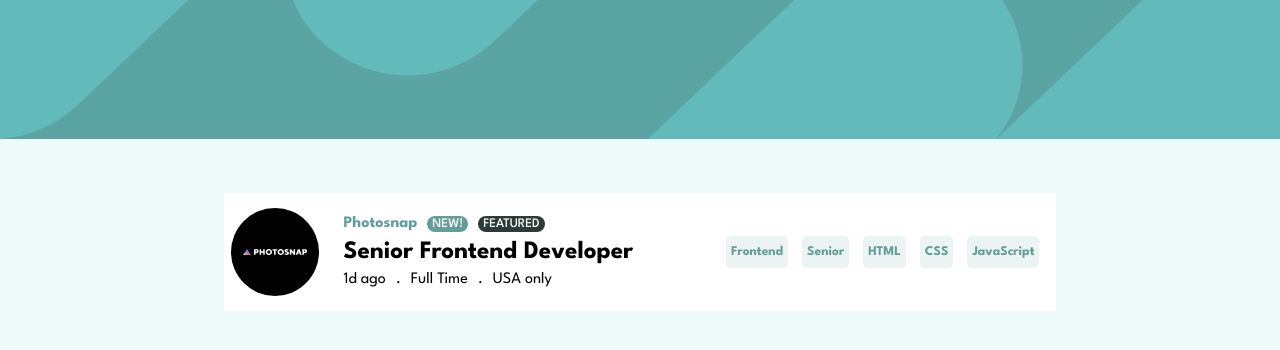
Repository: Eldream12/JobListing
Page: index.html
An editor plug-in stored every save of this project. The page is shown before and after the next save, followed by the edit.
The browser window is 1280 px wide. The pictures show the whole page.

Above is the page before, as saved 2025-03-31 21:14:08.

After the next save:
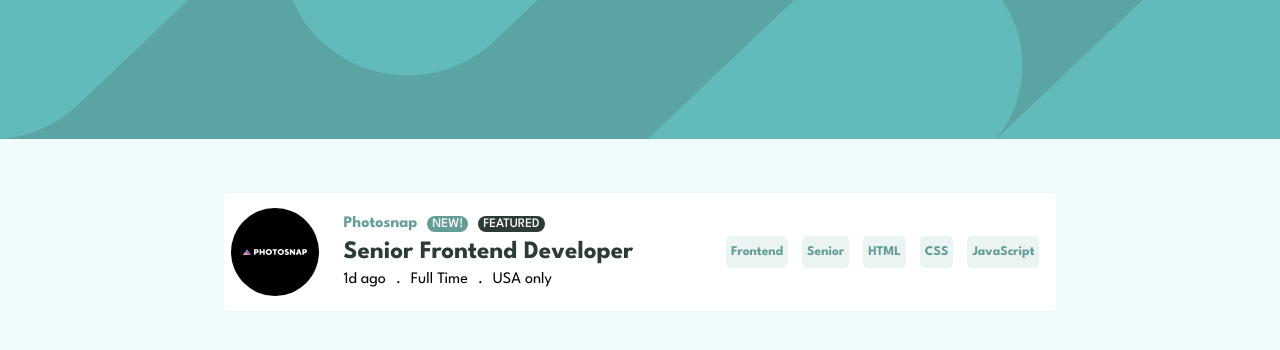
Saved 7 s later.
--- a/style/style.css
+++ b/style/style.css
@@ -80,7 +80,7 @@ header img {
 .content .txt-2 h2 {
 	margin: 8px 0 8px 0;
 	font-size: 25px;
-	color: ;
+	color: #2c3b38;
 }
 
 .content .txt-3 p {
